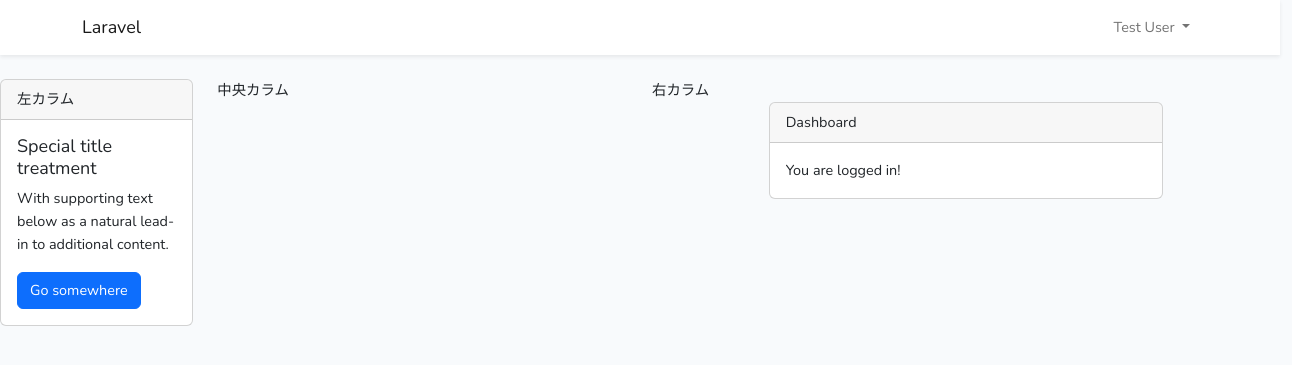
Repository: OkunoTaichi/laravel-simple-memo
Page: http://localhost/home
These files come from the project's save history. The page is drawn as it stood at one moment and after the next save; the edit follows.
The browser window is 1280 px wide. The page is 1292 px wide, so the pictures cover 1292 px, including what lies to the right of the window. The pictures show the whole page.
The page is served by the project's Laravel application, run on PHP 8.4 with Laravel 8. A made-up administrator, Test User (test@example.com), is signed in. Queries for data that is not in the repository find no rows.

Above is the page before, as saved 2022-11-09 18:42:14.

After the next save:
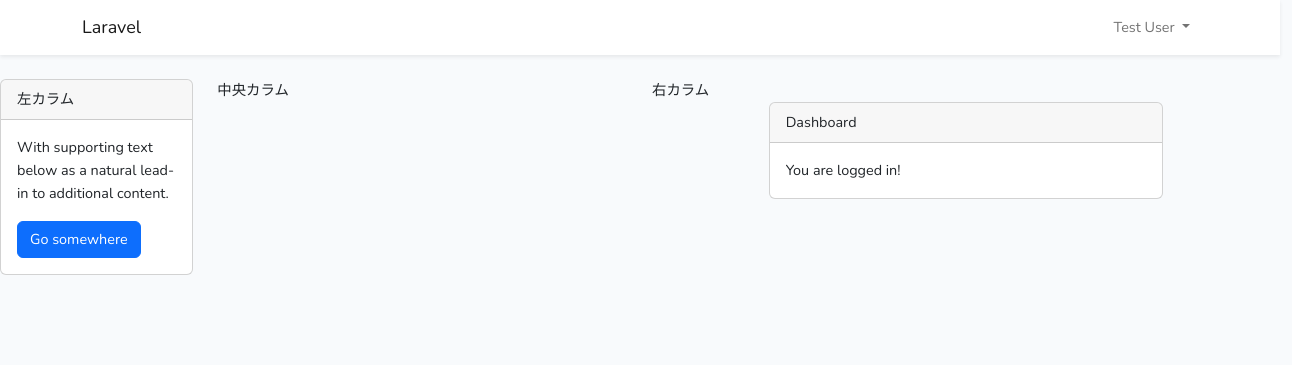
Saved 20 s later.
--- a/resources/views/layouts/app.blade.php
+++ b/resources/views/layouts/app.blade.php
@@ -84,7 +84,6 @@
                             左カラム
                         </div>
                         <div class="card-body">
-                            <h5 class="card-title">Special title treatment</h5>
                             <p class="card-text">With supporting text below as a natural lead-in to additional content.</p>
                             <a href="#" class="btn btn-primary">Go somewhere</a>
                         </div>
